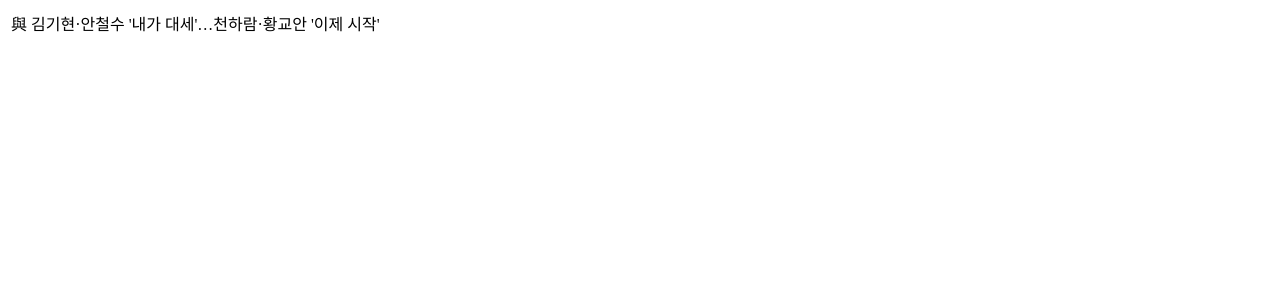
Repository: Kojonghoon/Workspace_java
Page: http://localhost/20221228/ajax/news/newsList.jsp
An editor plug-in stored every save of this project. The page is shown before and after the next save, followed by the edit.
The browser window is 1280 px wide. The pictures show the whole page.
The page is served by Tomcat 9. Other server files are loaded and not shown.

Above is the page before, as saved 2023-02-10 03:23:30.

### 20221228/src/main/webapp/ajax/news/newsList.jsp
<%@ page language="java" contentType="text/html; charset=UTF-8"
	pageEncoding="UTF-8"%>
<%!
	int x = 1; //전변선언하기
	public String newsItem(int index, String[] news){
		StringBuilder sb = new StringBuilder();
		for(int i=0;i<news.length;i++){
			if(i==(x-1)){
		sb.append("<table width='500px'>");
		sb.append("<tr><td>"+news[index]+"</td></tr>");
		sb.append("</table>");
		}//end of if
	}//end of newsItem
		String choice = sb.toString();
		return choice;
	}
%>
<%
//스크립틀릿
String news[] = { "'도이치모터스 주가조작' 권오수 집유·벌금 3억원"
				, "與 김기현·안철수 '내가 대세'…천하람·황교안 '이제 시작'"
				, "[튀르키예 강진] 끝모를 사망자수…야외 주차장이 시신 안치소로"
				, "K팝 시장 '메가톤급 폭풍'…하이브·SM 시너지 기대 속 우려 "
				, "野, '곽상도 무죄' 맹공…대장동·김건희 특검 '쌍끌이 공세" };
String data = "";
switch (x) {
case 1:
	data = newsItem(x, news);
	x++;
	break;
case 2:
	data = newsItem(x, news);
	x++;
	break;
case 3:
	data = newsItem(x, news);
	x++;
	break;
case 4:
	data = newsItem(x, news);
	x++;
	break;
case 5:
	data = newsItem(x, news);
	x = 1;
	break;
}//end of switch
	//기존에 읽어온 기사 정보 지우기
out.clear();
out.print(data);
%>

After the next save:
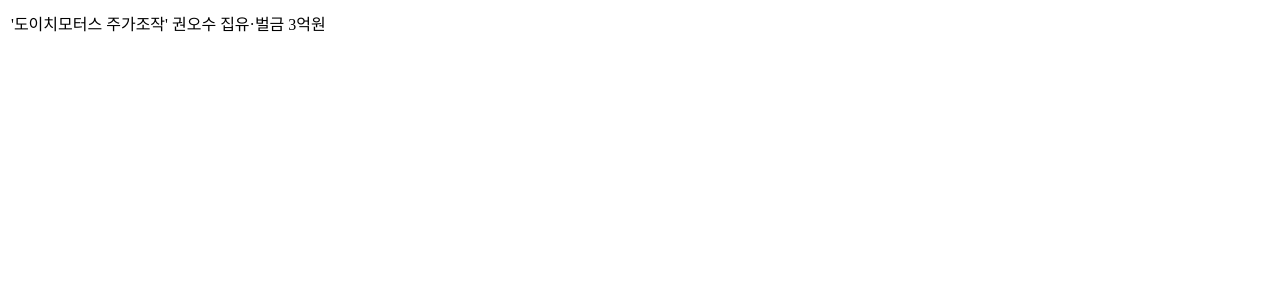
Saved 14 s later.
--- a/20221228/src/main/webapp/ajax/news/newsList.jsp
+++ b/20221228/src/main/webapp/ajax/news/newsList.jsp
@@ -7,7 +7,7 @@
 		for(int i=0;i<news.length;i++){
 			if(i==(x-1)){
 		sb.append("<table width='500px'>");
-		sb.append("<tr><td>"+news[index]+"</td></tr>");
+		sb.append("<tr><td>"+news[i]+"</td></tr>");
 		sb.append("</table>");
 		}//end of if
 	}//end of newsItem
